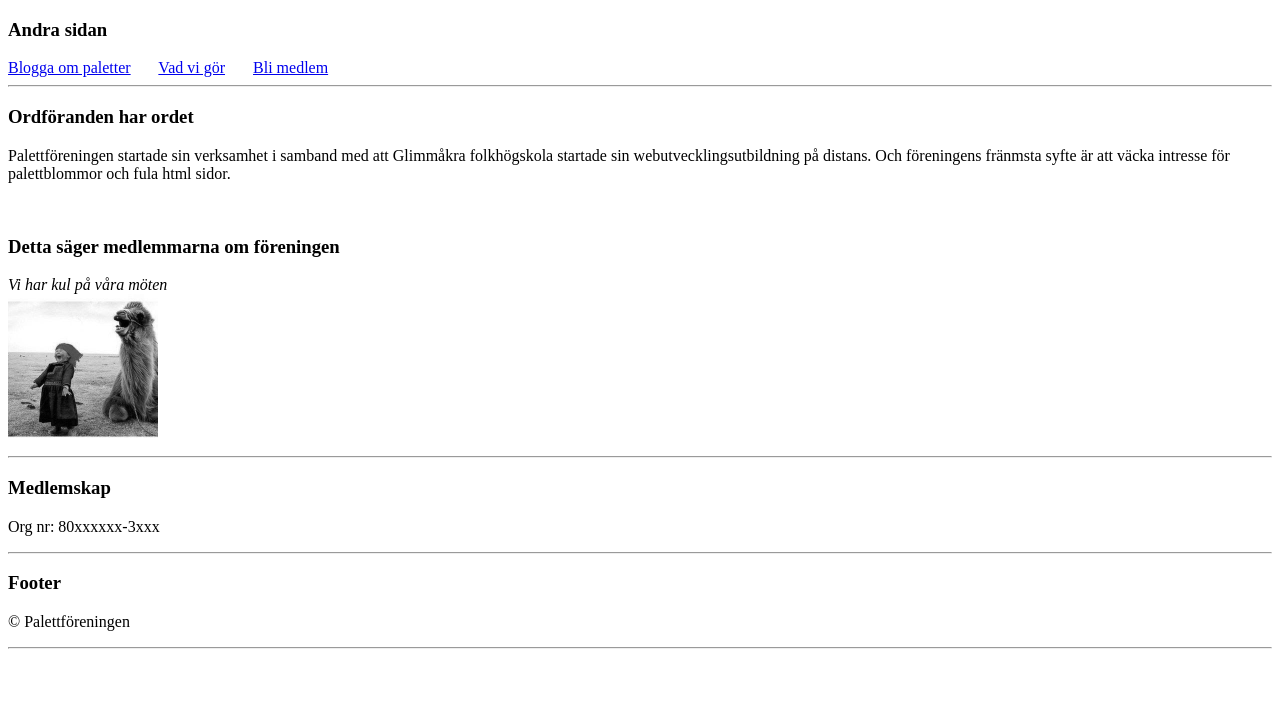
Repository: Webutveckling-20-21/Uppgift-1
Page: verksamheten.html
An editor plug-in stored every save of this project. The page is shown before and after the next save, followed by the edit.
The browser window is 1280 px wide. The pictures show the whole page.

Above is the page before, as saved 2021-09-07 12:13:18.

### verksamheten.html
<!-- Här alla måsten i huvudet såsom språk och språkkodning mm -->
<!DOCTYPE html>
<html lang="sv">


<head>
    <meta charset="UTF-8">
    <meta name="viewport" content="width=device-width, initial-scale=1.0">
    <title>verksamheten</title>
</head>

<body>
    <header>
        <h3>Andra sidan</h3>
        <!-- Här läggs alla länkar-->
        <a href="blogg.html">Blogga om paletter</a>&nbsp;&nbsp;&nbsp;&nbsp;&nbsp;&nbsp;
        <a href="verksamheten.html">Vad vi gör</a>&nbsp;&nbsp;&nbsp;&nbsp;&nbsp;&nbsp;
        <a href="medlemskap.html">Bli medlem</a>
    </header>
    <hr>
    <main>


         <article>

            <h3>Ordföranden har ordet</h3>
            <p> Palettföreningen startade sin verksamhet i samband med att Glimmåkra folkhögskola startade sin webutvecklingsutbildning på distans. Och föreningens fränmsta syfte är att väcka intresse för palettblommor och fula html sidor. </p> <br>

            <article>

                <article>

            <h3>Detta säger medlemmarna om föreningen</h3>

            <cite>Vi har kul på våra möten</cite>





            </article>





            <img src="images/ordförande pa excursion.jpg" width="150" height="150" alt="Ordförande berättar.">
        </article>

    </main>
    <hr>
    <aside>
        <h3>Medlemskap</h3>
        <p></p>


        <p>Org nr: 80xxxxxx-3xxx</p>





    </aside>
    <hr>
    <footer>

        <h3>Footer</h3>
        <p> &copy; Palettföreningen</p>
    </footer>
    <hr>


</body>

</html>

After the next save:
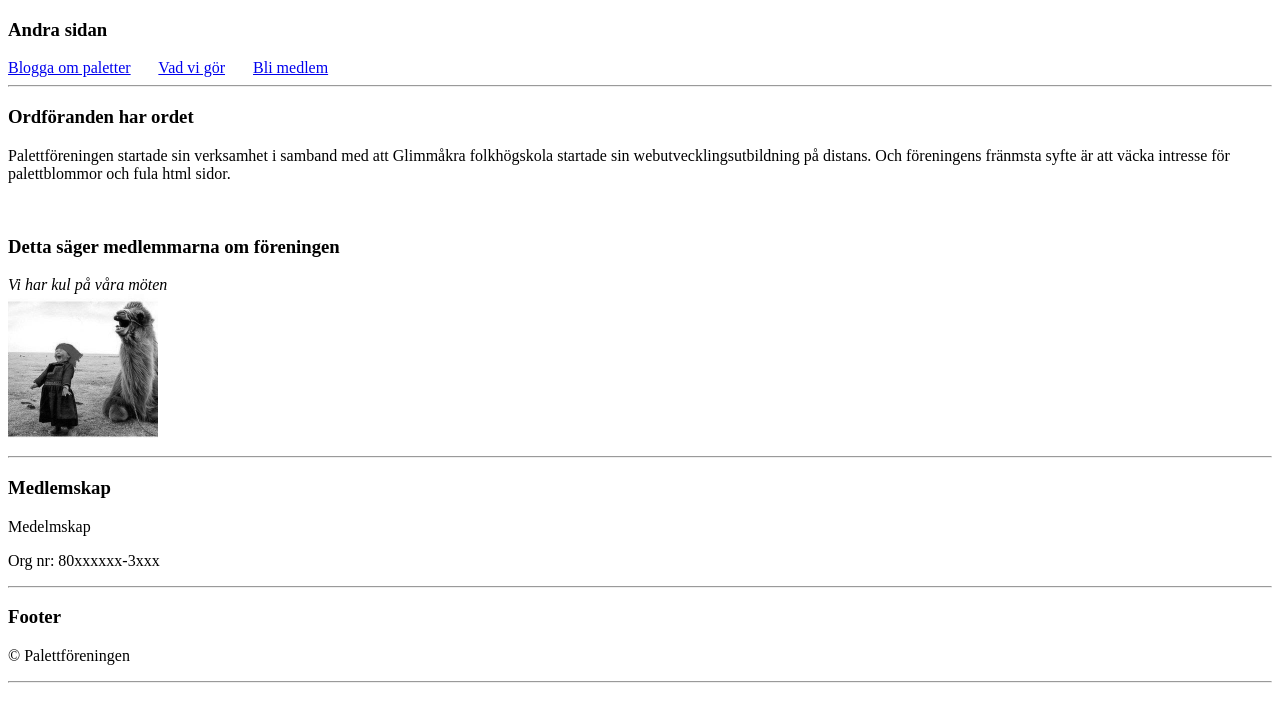
Saved 5 s later.
--- a/verksamheten.html
+++ b/verksamheten.html
@@ -51,7 +51,7 @@
     <hr>
     <aside>
         <h3>Medlemskap</h3>
-        <p></p>
+        <p>Medelmskap</p>
 
 
         <p>Org nr: 80xxxxxx-3xxx</p>
